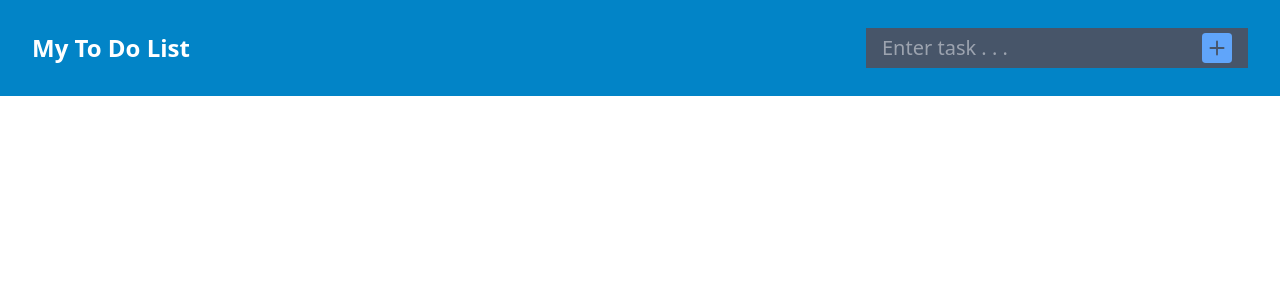
Repository: SaadYasin/react-to-do-list
Page: /
These files come from the project's save history. The page is drawn as it stood at one moment and after the next save; the edit follows.
The browser window is 1280 px wide. The pictures show the whole page.
The project was rebuilt for these pictures with package versions that can differ from the ones it lists, and the page was loaded fresh each time. Also part of the build but not shown: src/App.css.

Above is the page before, as saved 2022-11-09 16:00:20.

### public/index.html
<!DOCTYPE html>
<html lang="en">
  <head>
    <meta charset="utf-8" />
    <link rel="icon" href="%PUBLIC_URL%/favicon.ico" />
    <meta name="viewport" content="width=device-width, initial-scale=1" />
    <meta name="theme-color" content="#000000" />
    <meta
      name="description"
      content="Web site created using create-react-app"
    />
    <link rel="apple-touch-icon" href="%PUBLIC_URL%/logo192.png" />

    <link rel="manifest" href="%PUBLIC_URL%/manifest.json" />

    <title>React | To Do List</title>
  </head>
  <body>
    <noscript>You need to enable JavaScript to run this app.</noscript>
    <div id="root"></div>

  </body>
</html>

### src/App.js
import Header from './components/Header';
import './App.css';

function App() {
  return (
    <div>
      <Header />
    </div>
  );
}

export default App;

### src/components/Header.js
import React from 'react'
import Input from './Input'

const Header = () => {
  return (
    <div className="flex flex-col items-center md:flex-row md:justify-between h-24 bg-sky-600 px-8">
      <h1 className="text-2xl font-bold text-white my-2">My To Do List</h1>
      <Input />
    </div>
  );
}

export default Header

### src/components/Input.js
import React from 'react'
import { BsFillPlusSquareFill } from "react-icons/bs";

const Input = () => {
  return (
    <div>
      <form className="flex h-10 bg-slate-600 ">
        <input
          type="text"
          placeholder="Enter task . . ."
          className="text-xl bg-transparent text-white px-4 w-80 outline-none"
        />
        <button className="text-3xl text-blue-400 px-4" type="submit">
          <BsFillPlusSquareFill />
        </button>
      </form>
    </div>
  );
}

export default Input

Loaded but not shown: src/index.js (common file); src/index.css (common file); tailwind.config.js (common file)

After the next save:
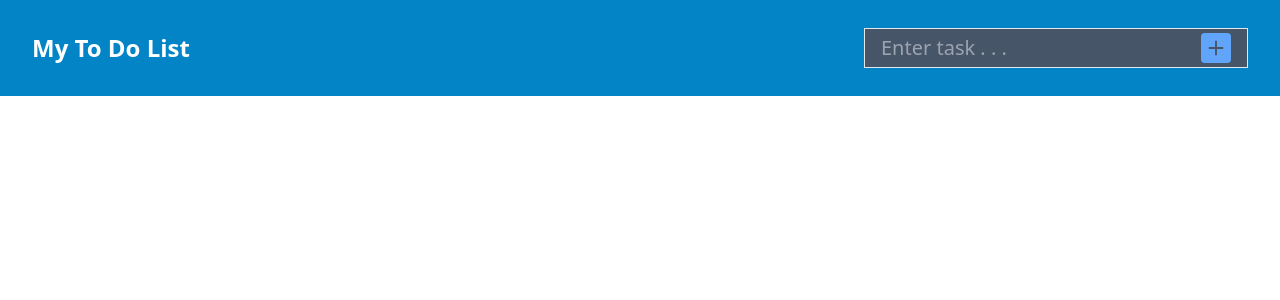
Saved 4 s later.
--- a/src/components/Input.js
+++ b/src/components/Input.js
@@ -4,7 +4,7 @@
 const Input = () => {
   return (
     <div>
-      <form className="flex h-10 bg-slate-600 ">
+      <form className="flex h-10 bg-slate-600 border">
         <input
           type="text"
           placeholder="Enter task . . ."

After the 3 saves that followed:
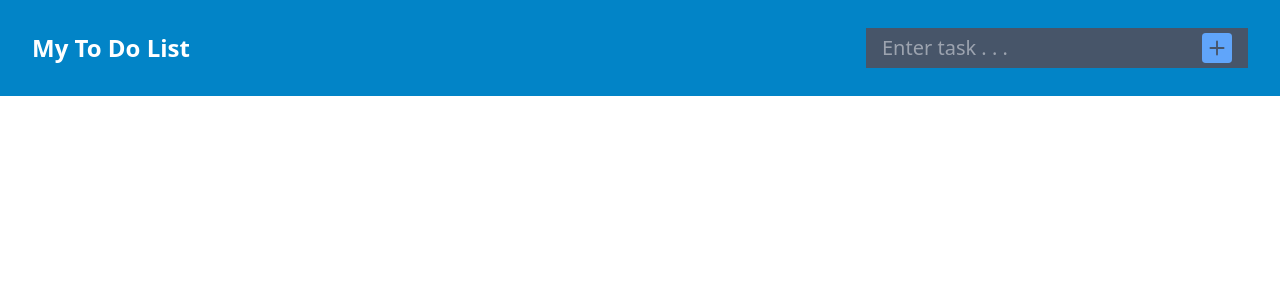
The 3 saves are shown as one change because they came seconds apart.
The last was saved 86 s later.
--- a/src/components/Input.js
+++ b/src/components/Input.js
@@ -4,7 +4,7 @@
 const Input = () => {
   return (
     <div>
-      <form className="flex h-10 bg-slate-600 border">
+      <form className="flex h-10 bg-slate-600 radius">
         <input
           type="text"
           placeholder="Enter task . . ."
